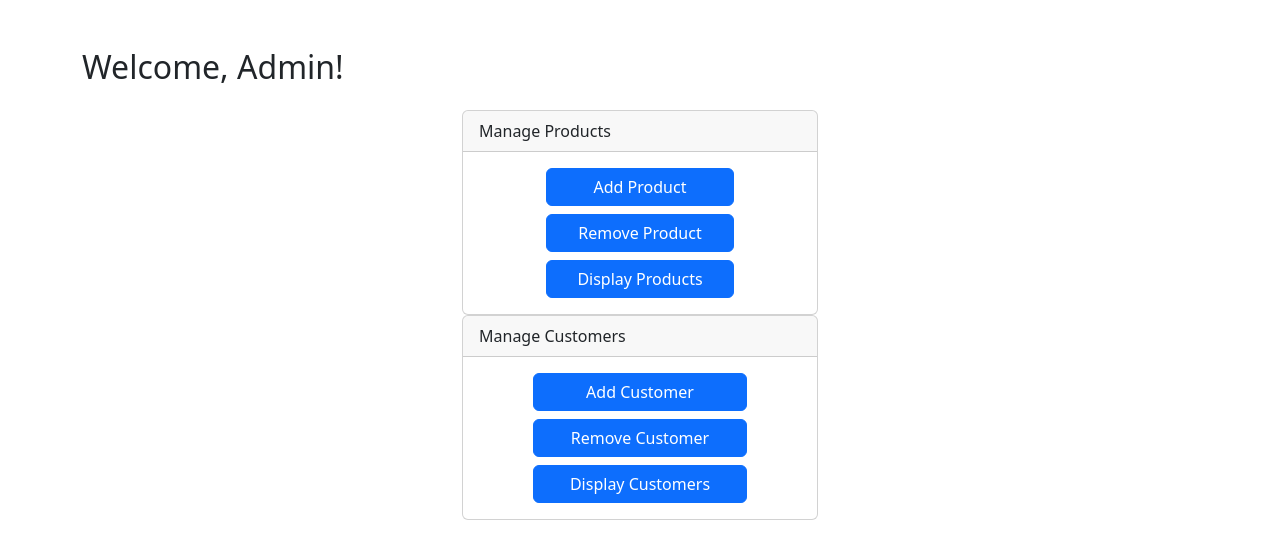
Repository: satvikagrasani/Layered-Architecture
Page: http://localhost/OnlineShoppingSystem/admindashboard.jsp
An editor plug-in stored every save of this project. The page is shown before and after the next save, followed by the edit.
The browser window is 1280 px wide. The pictures show the whole page.
The page is served by Tomcat 9.

Above is the page before, as saved 2023-09-04 16:59:38.

After the next save:
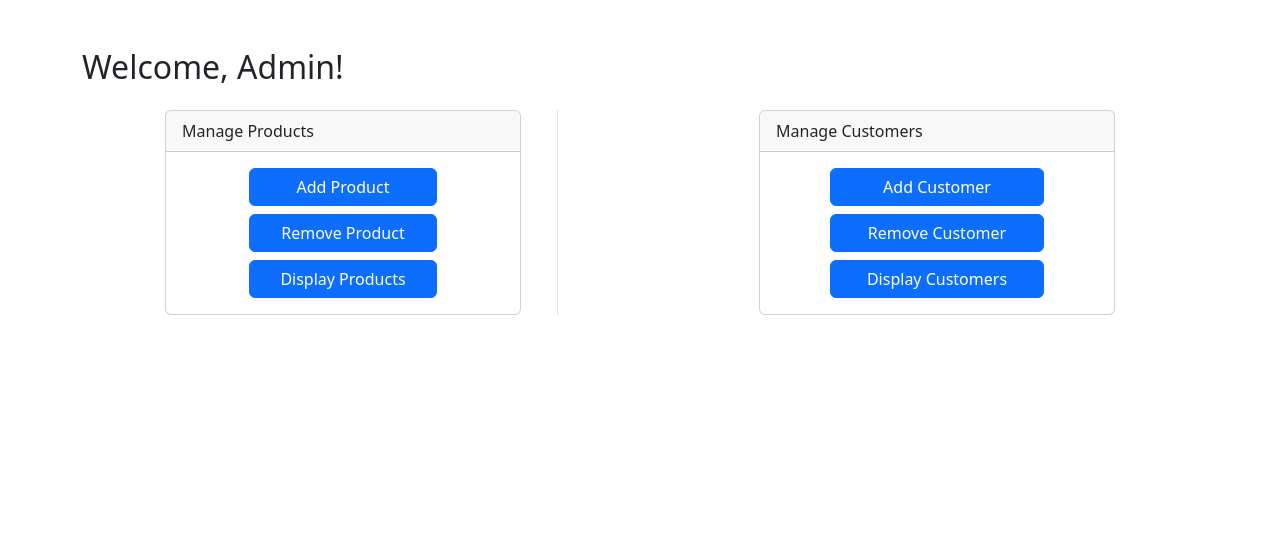
Saved 16 s later.
--- a/Layered Architecture/OnlineShoppingSystem/src/main/webapp/admindashboard.jsp
+++ b/Layered Architecture/OnlineShoppingSystem/src/main/webapp/admindashboard.jsp
@@ -135,7 +135,7 @@
 
 
 
-            <div class="col-md-0 border-start ms-4 "></div>
+            <div class="col-md-2 border-start ms-4 "></div>
 
 
             <div class="col-md-4 ">
